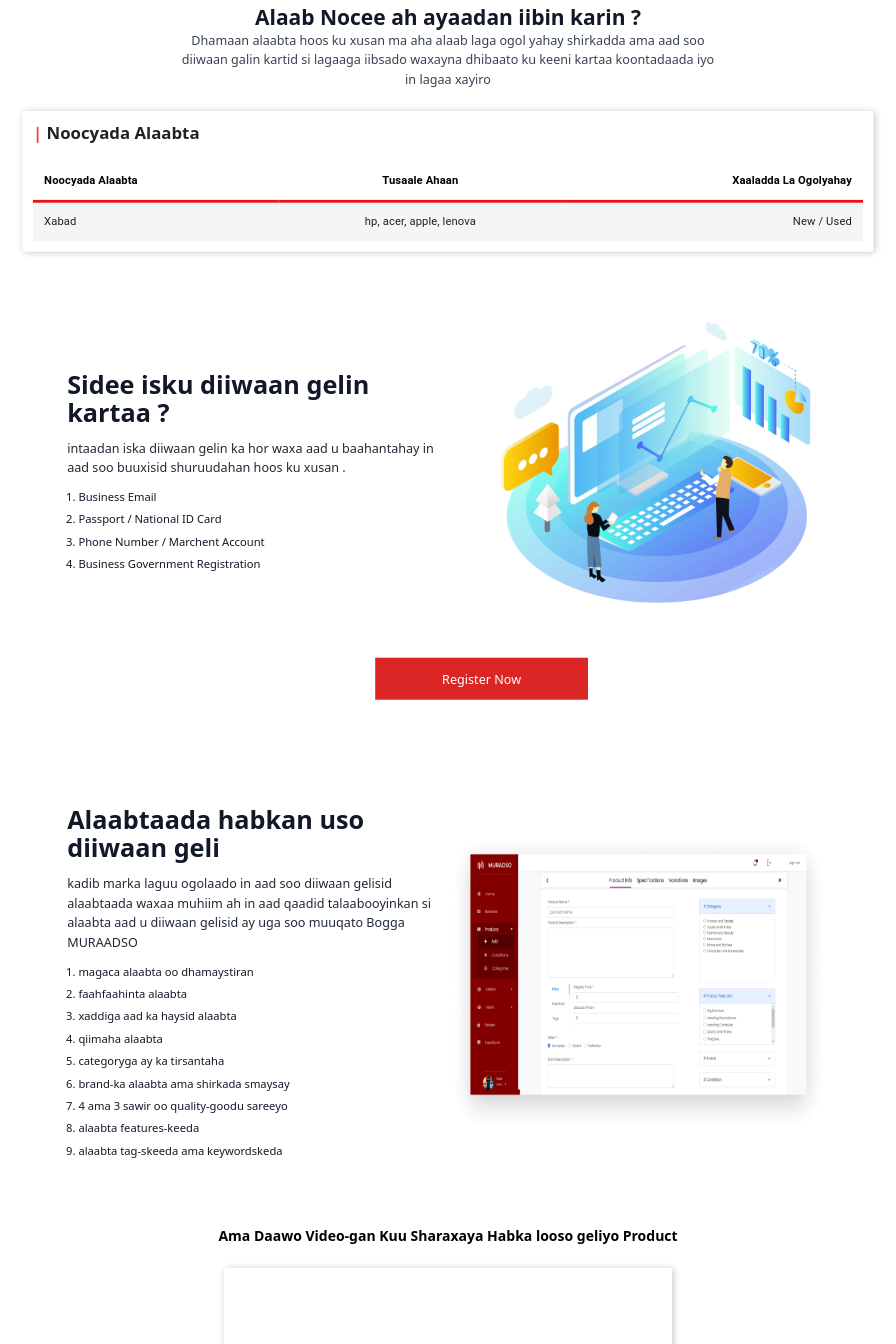
Repository: muraadso/Muraadso-Sellers
Page: /
These files come from the project's save history. The page is drawn as it stood at one moment and after the next save; the edit follows.
The browser window is 1280 px wide. The pictures show the part of the page from y = 3222 to 5142 px (the page is 7531 px tall before and 7476 px after), at 70% of full size.
The project was rebuilt for these pictures with package versions that can differ from the ones it lists, and the page was loaded fresh each time. The framework's server and built-in components were replaced by stand-ins that run in the browser. Also part of the build but not shown: next.config.js.

Above is the page before, as saved 2021-12-11 11:05:37.

After the next save:
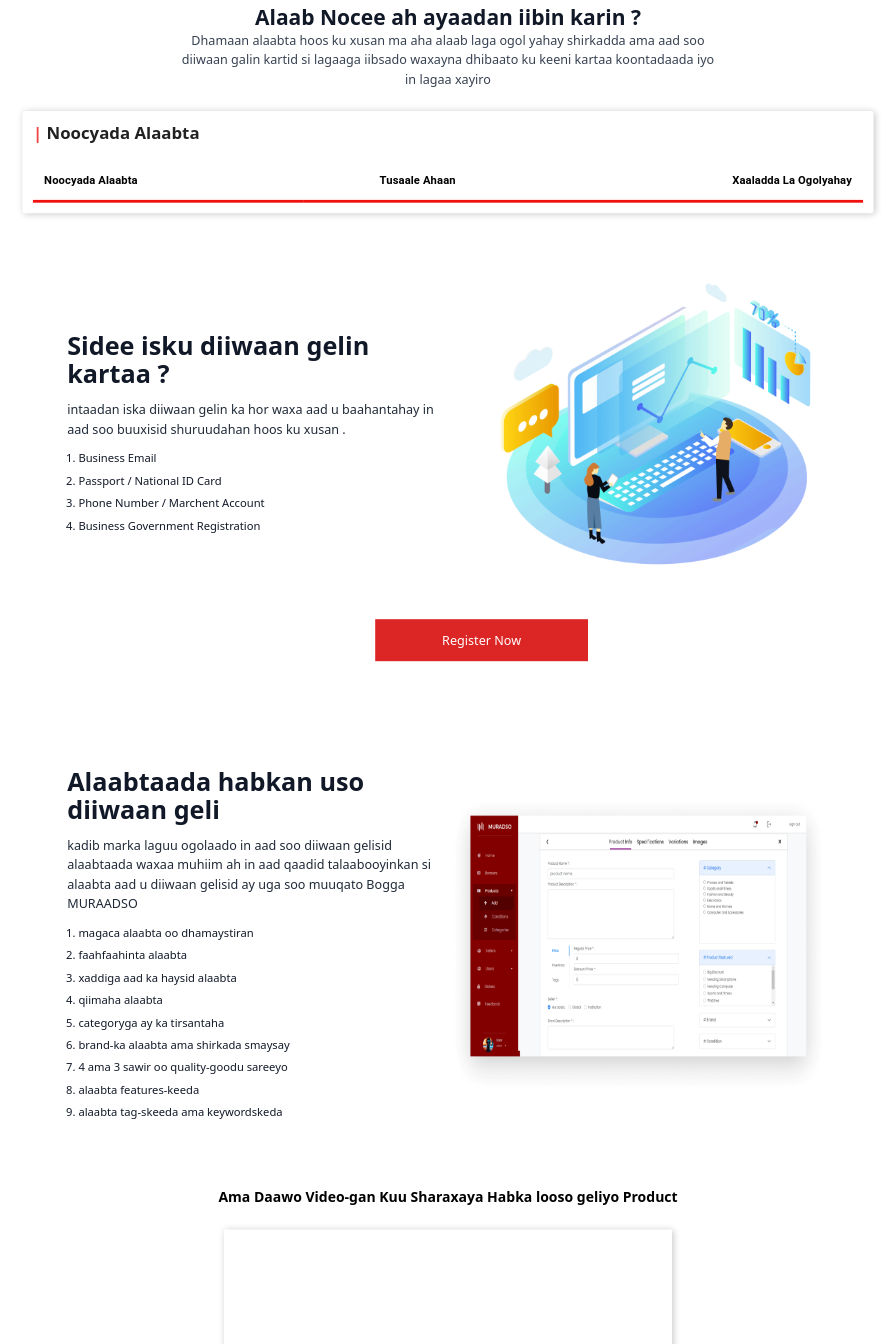
Saved 9 s later.
--- a/components/Whatsell.jsx
+++ b/components/Whatsell.jsx
@@ -56,7 +56,7 @@ const rows = [
 
 ];
 const rows2 = [
-  createData('Xabad', 'hp, acer, apple, lenova ', 'New / Used'),
+
 
 ];
 
